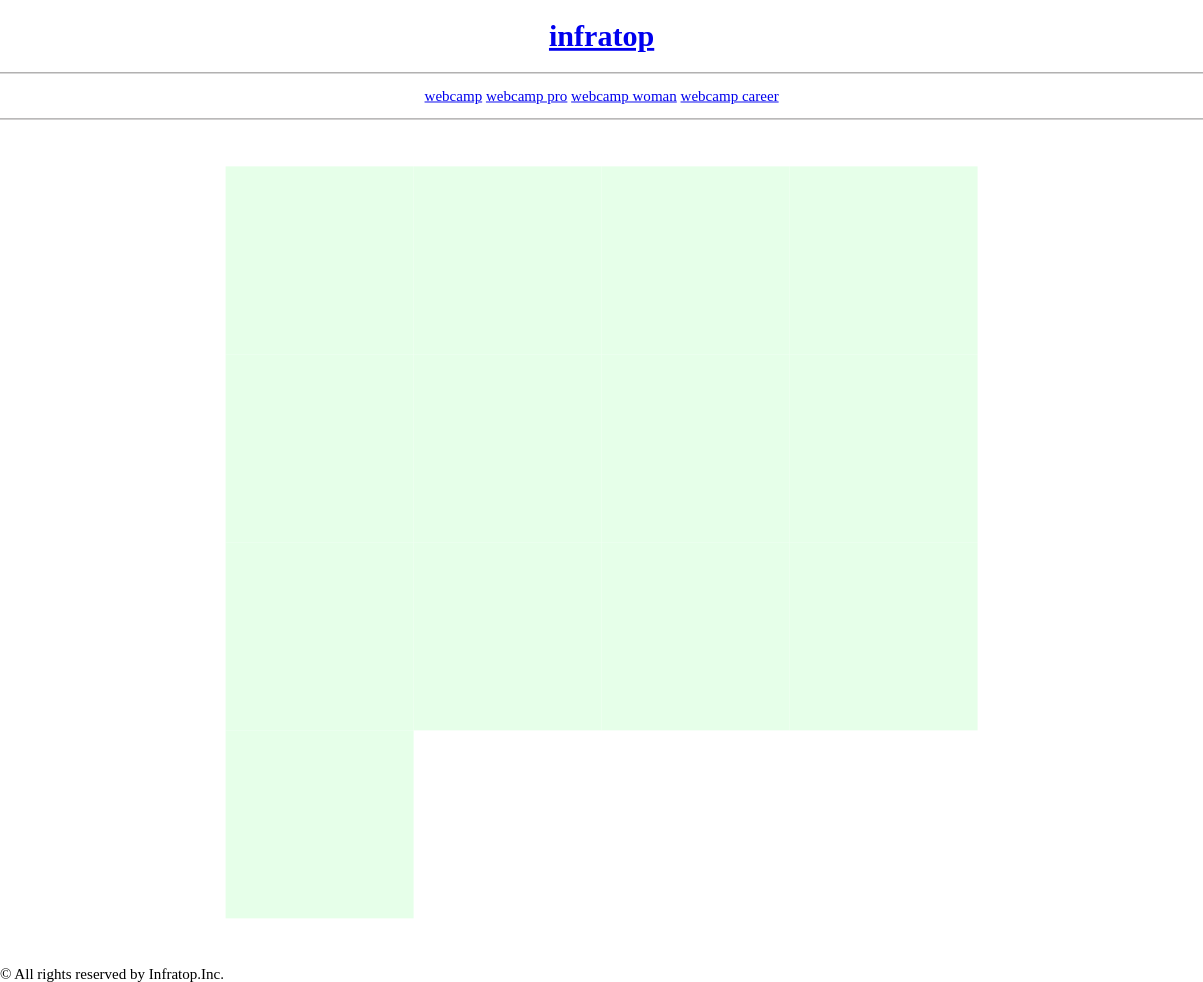
Repository: katayama-Web/html-practice
Page: chapter5_exsersize/chapter5_exesersize.html
The author's editor kept a record of every edit. The page is drawn from the files as they stood at one moment, then again after the next edit.
The browser window is 1280 px wide. The pictures show the whole page, at 94% of full size.

Above is the page before.

### chapter5_exsersize/chapter5_exesersize.html
<!DOCTYPE html>
<html lang="ja">
  <head>
    <meta charset="UTF-8"/>
    <link rel="stylesheet" href="chapter5_exsersize.css"/>
    <title>infratop</title>
  </head>

  <body>
     <!--header-->
    <header>
      <h1 class="heading">
        <a href="chapter5_exesersize.html">
          infratop
        </a>
      </h1>
    </header>

     <!--navigation-->
    <nav>
      <ul class="nav-list">
        <li class="nav-list-item">
          <a href=chapter5_exesersize.html>webcamp</a>
          <a href=chapter5_exesersize.html>webcamp pro</a>
          <a href=chapter5_exesersize.html>webcamp woman</a>
          <a href=chapter5_exesersize.html>webcamp career</a>
        </li>

      </ul>
    </nav>

    <!--mainvisua用のdivl-->
    <div class="main-visual">
      <div class="main-visual-content"></div>
    </div>

    <!--main用のdiv-->
    <div class="main">
      <div class="box1"></div>
      <div class="box1"></div>
      <div class="box1"></div>
      <div class="box1"></div>
      <div class="box1"></div>
      <div class="box1"></div>
      <div class="box1"></div>
      <div class="box1"></div>
      <div class="box1"></div>
      <div class="box1"></div>
      <div class="box1"></div>
      <div class="box1"></div>
      <div class="box1"></div>
    </div>

    <!--footer-->
    <footer>
      <p class="footer-text">© All rights reserved by Infratop.Inc.</p>
    </footer>

  </body>

### chapter5_exsersize/chapter5_exsersize.css
* {
  margin: 0;
  padding: 0;
  box-sizing: border-box;
}

header {
  width: 100%;
  padding: 20px 0;
  text-align: center;
}

.nav-list {
  text-align: center;
  padding: 15px 0;
  margin: 0 auto;
  border-bottom: 1px solid #848282;
  border-top: 1px solid #848282;
}

.nav-list-item {
  list-style: none;
  display: inline-block;
  margin: 0 20px;
}

.main {
  width: 800px;
  margin: 50px auto;
  display: flex;
  flex-wrap: wrap;
}

.box1 {
  width: 200px;
  height: 200px;
  background-color: #e6ffe9;
}

.box2 {
  width: 200px;
  height: 200px;
  background-color: #cbffd3;
}

.box3 {
  width: 200px;
  height: 200px;
  background-color: #aeffbd;
}

.box4 {
  width: 200px;
  height: 200px;
  background-color: #93ffab;
}

.box5 {
  width: 200px;
  height: 200px;
  background-color: #;
}

After the next edit:
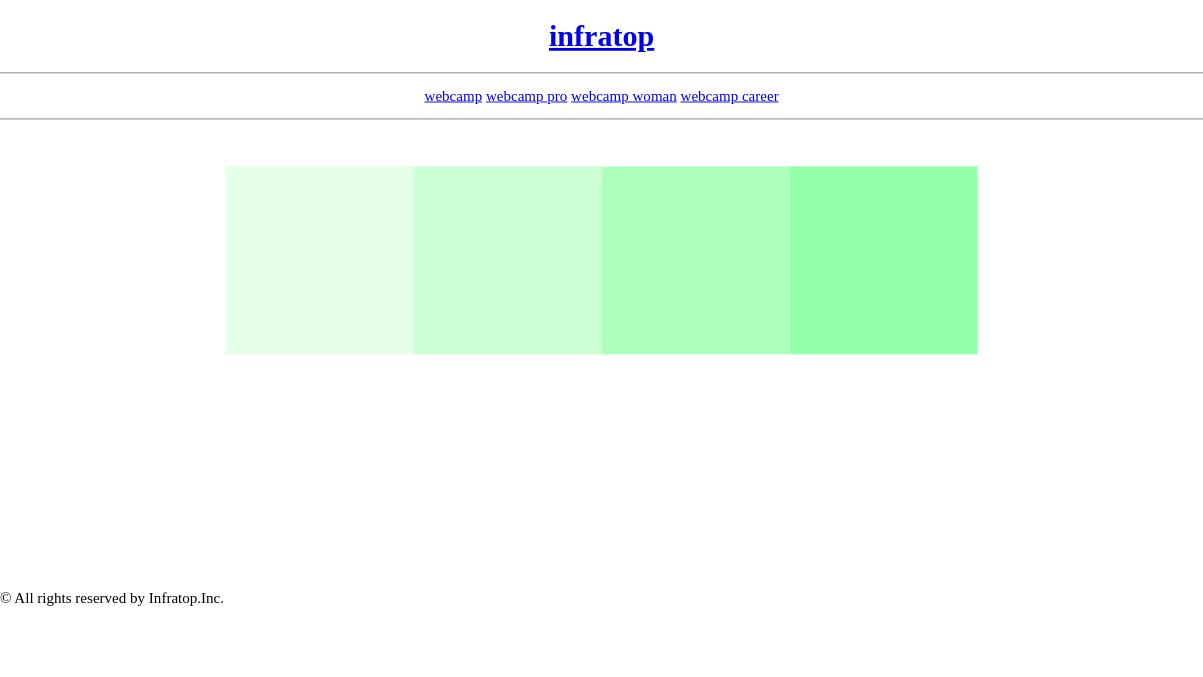
The edit:
--- a/chapter5_exsersize/chapter5_exesersize.html
+++ b/chapter5_exsersize/chapter5_exesersize.html
@@ -37,18 +37,17 @@
     <!--main用のdiv-->
     <div class="main">
       <div class="box1"></div>
-      <div class="box1"></div>
-      <div class="box1"></div>
-      <div class="box1"></div>
-      <div class="box1"></div>
-      <div class="box1"></div>
-      <div class="box1"></div>
-      <div class="box1"></div>
-      <div class="box1"></div>
-      <div class="box1"></div>
-      <div class="box1"></div>
-      <div class="box1"></div>
-      <div class="box1"></div>
+      <div class="box2"></div>
+      <div class="box3"></div>
+      <div class="box4"></div>
+      <div class="box5"></div>
+      <div class="box6"></div>
+      <div class="box7"></div>
+      <div class="box8"></div>
+      <div class="box9"></div>
+      <div class="box10"></div>
+      <div class="box11"></div>
+      <div class="box12"></div>
     </div>
 
     <!--footer-->
